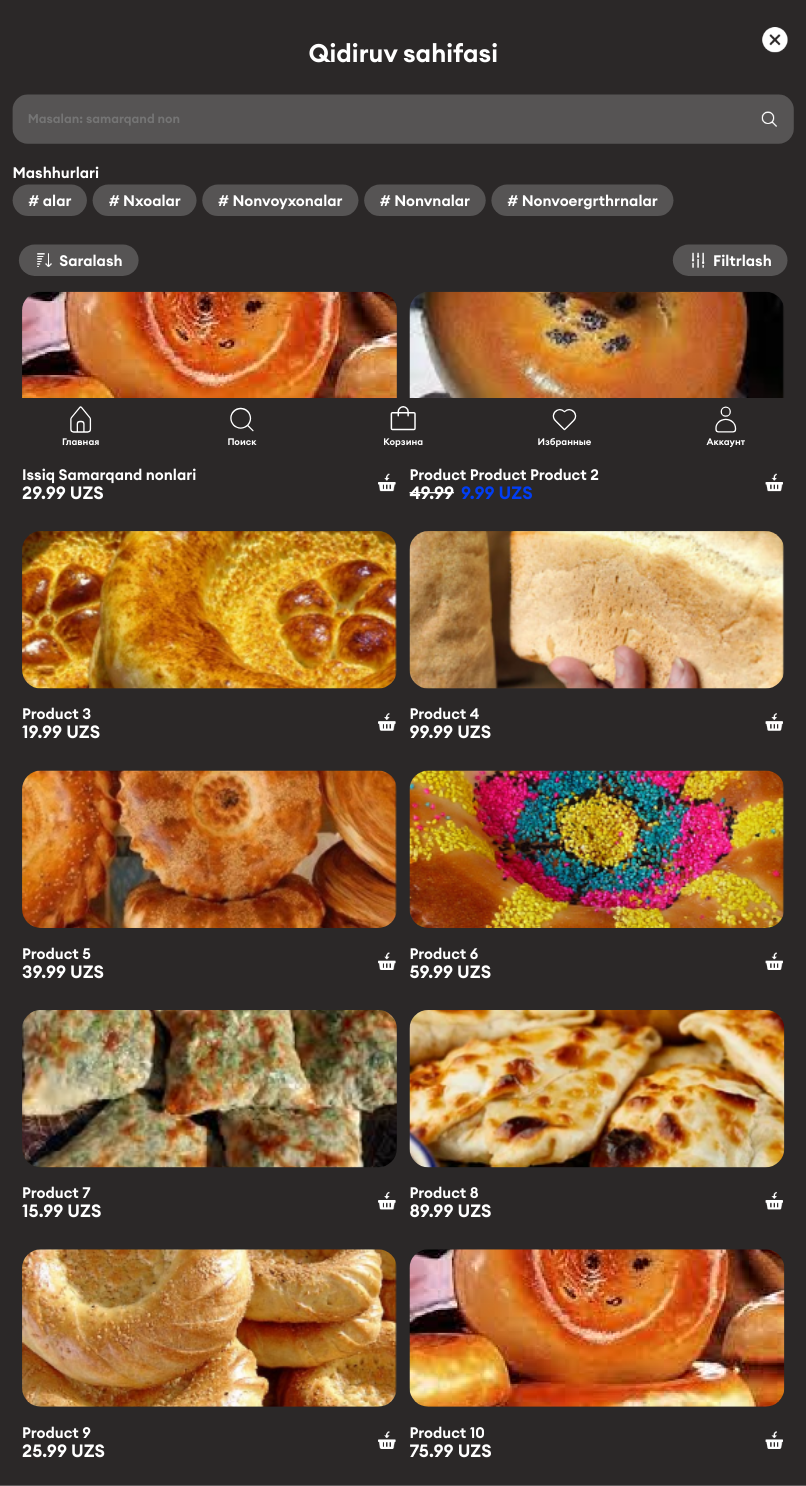
Repository: muslmoney/click-miniapp
Page: /search
The author's editor kept a copy of each file at every save. The page is drawn from the files as they stood at one save, then again after the next save.
The browser window is 1280 px wide. The pictures show the whole page, at 63% of full size.
The project was rebuilt for these pictures with package versions that can differ from the ones it lists, and the page was loaded fresh each time. Also part of the build but not shown: vite.config.js.

Above is the page before, as saved 2025-02-02 00:29:37.

### index.html
<!doctype html>
<html lang="en">
<head>
  <meta charset="UTF-8" />
  <meta http-equiv="X-UA-Compatible" content="IE=edge" />
  <meta name="description" content="Non Bor" />
  <meta name="keywords" content="Non Bor" />
  <meta name="author" content="Non Bor" />
  <!-- <meta http-equiv="refresh" content="30"> -->
  <meta property="og:title" content="Non Bor">
  <meta property="og:description" content="Non Bor">
  <meta property="og:image" content="/logo_bread.png">
  <meta property="og:url" content="https://non-bor.netlify.app/">
  <meta name="viewport" content="width=device-width, initial-scale=1.0" />
  <link rel="icon" type="image/png" href="/logo_bread.png" />
  <title>Non Bor</title>
</head>

<body>
  <div id="root"></div>
  <script type="module" src="/src/main.jsx"></script>
</body>

</html>

### src/main.jsx
import React, { Suspense, lazy, StrictMode } from 'react';
import { createRoot } from 'react-dom/client';
import { createBrowserRouter, RouterProvider, Navigate } from 'react-router-dom';
import './index.css';
import App from './App.jsx'
import { CartProvider } from './context/Context.jsx';
const Home = lazy(() => import("./pages/Home/Home.jsx"));
const Cart = lazy(() => import("./pages/Cart/Cart.jsx"));
const Favorites = lazy(() => import('./pages/Favorites/Favorites.jsx'));
const Search = lazy(() => import('./pages/Search/Search.jsx'));
const User = lazy(() => import('./pages/User/User.jsx'));

const router = createBrowserRouter([
  {
    path: "/",
    element: <App />,
    children: [
      { index: true, element: <Navigate to="home" replace /> },
      {
        path: 'home',
        element: <Home />
      },
      {
        path: 'cart',
        element: <Cart />
      },
      {
        path: 'favorites',
        element: <Favorites />
      },
      {
        path: 'search',
        element: <Search />
      },
      {
        path: 'user',
        element: <User />
      },
      { path: '*', element: <div>404 - Page Not Found</div> },
    ],
  },
]);

class ErrorBoundary extends React.Component {
  state = { hasError: false };

  static getDerivedStateFromError() {
    return { hasError: true };
  }

  componentDidCatch(error, info) {
    console.error("Error caught:", error, info);
  }

  render() {
    if (this.state.hasError) {
      return <div>Something went wrong!</div>;
    }
    return this.props.children;
  }
}


createRoot(document.getElementById('root')).render(
  <StrictMode>
    <CartProvider>
      <Suspense fallback={<div>Loading...</div>}>
        <RouterProvider router={router} />
      </Suspense>
    </CartProvider>
  </StrictMode>
);

### src/index.css
:root {
  --color-default-white: #fff;
  --color-default-bg: #2B2828;
  --color-default-blue: #023EF3;
  --color-button-bg-blue:#3866E8;
  --color-text-gray:#ADA4A4;
  --color-button-bg-gray:#565454;
}

* {
  font-family: 'Euclid Circular A', sans-serif;
  scroll-behavior: smooth;
  padding: 0;
  margin: 0;
  box-sizing: border-box;
}

.container {
  width: 100%;
  margin: 0 auto;
  max-width: 700px;
}


picture,
img,
svg {

  display: block;
  width: 100%;
  height: auto;
}

a,
span,
button,
label,
input,
textarea {
  display: inline-block;
  font-family: inherit;
  color: inherit;
  font-weight: inherit;
}

a,
button,
label,
textarea,
li {
  list-style: none;
  text-decoration: none;
  cursor: pointer;
}

q::after,
q::before {
  content: '';
}

#root {
  display: flex;
  flex-direction: column;
  justify-content: space-between;
}

#root>* {
  flex-shrink: 0;
}

#root>main {
  flex-grow: 1;
}

h1,
h2,
h3,
h4,
h5,
h6,
p,
button,
a {
  font-weight: inherit;
  color: var(--color-default-white);
}

### src/App.jsx
import React, { useEffect } from "react";
import "./App.css";
import Header from "./layout/Header/Header.jsx";
import Footer from "./layout/Footer/Footer.jsx";
import "/public/fonts/fonts.css";
import { BrowserRouter as Router, Routes, Outlet, useLocation, useNavigate } from "react-router-dom";

const App = () => {
  const navigate = useNavigate();
  const { pathname } = useLocation();

  useEffect(() => {
    if (pathname === "/") {
      navigate("/home");
    }
  }, [pathname, navigate]);

  return (
    <>
      <header>
        <Header />
      </header>

      <main>
        <Outlet />
      </main>

      <footer>
        <Footer />
      </footer>
    </>
  );
};

export default App;

### src/context/Context.jsx
import React, { createContext, useState, useContext } from 'react';

const CartContext = createContext();
const FavoriteContext = createContext();

export const useCart = () => useContext(CartContext);
export const useFavorites = () => useContext(FavoriteContext);

export const CartProvider = ({ children }) => {
  const [cart, setCart] = useState([]);
  const [favorites, setFavorites] = useState([]);

  const addToCart = (product) => {
    setCart((prevCart) => [...prevCart, product]);
  };

  const removeFromCart = (productId) => {
    setCart((prevCart) => prevCart.filter((product) => product.id !== productId));
  };

  const changeQuantity = (productId, quantity) => {
    setCart((prevCart) => {
      return prevCart.map((product) =>
        product.id === productId ? { ...product, quantity } : product
      );
    });
  };

  const addToFavorites = (product) => {
    setFavorites((prevFavorites) => [...prevFavorites, product]);
  };

  const removeFromFavorites = (productId) => {
    setFavorites((prevFavorites) => prevFavorites.filter((product) => product.id !== productId));
  };

  return (
    <CartContext.Provider value={{ cart, addToCart, removeFromCart, changeQuantity }}>
      <FavoriteContext.Provider value={{ favorites, addToFavorites, removeFromFavorites }}>
        {children}
      </FavoriteContext.Provider>
    </CartContext.Provider>
  );
};

### src/pages/Search/Search.jsx
import React from 'react'
import styles from './search.module.css'
import { SearchCard } from '../../components/ProductCard/ProductCard.jsx'
import db from '../../db/db.json'
import Button from '../../components/Buttons/Buttons.jsx'

const Search = () => {
  const products = db.products
  return (
    <div className={styles.container}>
   <section>
   <h2 className={styles.title}>
        Qidiruv sahifasi
      </h2>
      <div className={styles.search}>
        <input type="text" placeholder="Masalan: samarqand non" />
        <button><img src="/search.png" alt="search" /></button>
      </div>
   </section>
   <section className={styles.popular}>
<h2>
Mashhurlari
</h2>
<div className={styles.buttons}>
<Button title={'# alar'} />
<Button title={'# Nxoalar'}/>
<Button title={'# Nonvoyxonalar'}/>
<Button title={'# Nonvnalar'}/>
<Button title={'# Nonvoergrthrnalar'}/>

</div>
  </section>
      <section className={styles.products}>
        <div className={styles.filters}>
          <Button title={'Saralash'} icon={'/sorting.png'} />
          <Button title={'Filtrlash'} icon={'/filter.png'} />

        </div>
        <div className={styles.grid}>
          {products.map((product) => {
            return (
              <SearchCard key={product.id} title={product.title} img={product.img} salePrice={product.salePrice} price={product.price} />
            )
          })}
        </div>
      </section>





    </div>
  )
}

export default Search

### src/layout/Header/Header.jsx
import React from 'react'
import { RxCross2 } from "react-icons/rx";
import style from './header.module.css'
const Header = () => {
    return (
        <header className={style.header}>
            <div className='container'>
                <div className={style.header}>
                    <img className={style.cross} src="/cancel.png" alt="" />
                </div>
            </div>
        </header>
    )
}

export default Header

### src/layout/Footer/Footer.jsx
import React from 'react'
import styles from './footer.module.css'
import { CiSearch } from "react-icons/ci";
import { CiUser } from "react-icons/ci";
import { CiHeart } from "react-icons/ci";
import { PiBagLight } from "react-icons/pi";
import { CiHome } from "react-icons/ci";
import { Link } from 'react-router-dom';

const Footer = () => {
    return (
        <footer className='container'>
            <div className={styles.footer}>
                    <Link className={styles.a} to={'./home'}>
                        <CiHome className={styles.icon} />
                        <h2>Главная</h2>
                    </Link>
                    <Link className={styles.a} to={'./search'}>
                        <CiSearch className={styles.icon} />
                        <h2>
                            Поиск
                        </h2>

                    </Link>
                    <Link className={styles.a} to={'./cart'}>
                        <PiBagLight className={styles.icon} />
                        <h2>
                            Корзина
                        </h2>

                    </Link>
                    <Link className={styles.a} to={'./favorites'}>
                        <CiHeart className={styles.icon} />
                        <h2>
                            Избранные
                        </h2>

                    </Link>
                    <Link className={styles.a} to={'./user'}>
                        <CiUser className={styles.icon} />
                        <h2>
                            Аккаунт
                        </h2>

                    </Link>
            </div>
        </footer>
    )
}

export default Footer

### public/fonts/fonts.css


@font-face {
    font-family: 'Euclid Circular A';
    src: url(/fonts/Euclid\ Circular\ A\ SemiBold.ttf);
    font-weight: 600;
    font-style: normal;
}

### src/components/Buttons/Buttons.jsx
import React from "react";
import styles from "./buttons.module.css";

const Button = ({ link, icon, title, className,color, ...props }) => {
  return (
    <a className={`${styles.button} ${className}`} href={link} {...props}>
     {icon ? ( <img src={icon} alt={title} />) : ''   }
      <span>{title}</span>
    </a>
  );
};

export default Button;

### src/components/ProductCard/ProductCard.jsx
import React from 'react'
import styles from './productCard.module.css'
import { useEffect, useState } from 'react';


const ProductCard = ({ title, seller, salePrice, price, logo, img, id, addToCart, ...props }) => {
  const handleAddToCart = () => {
    addToCart({ id, title, price, salePrice, img, logo, seller });
  };

  return (
    <div className={styles.productCard}>
      <div className={styles.header}>
        <div className={styles.seller}>
          <img className={styles.logo} src={logo} alt={title} />
          <h5>
            {seller}
          </h5>
        </div>
        <div>
          <img src="/share.png" alt="share" />
        </div>
      </div>
      <div className={styles.img}>
        <img src={img} alt={title} />
      </div>
      <div className={styles.info}>
        <p>
          {title}
        </p>
      <div className={styles.prices}>
        {salePrice ? (
          <>
            <h3 className={styles.originalPrice}>{price} </h3>
            <h3 className={styles.salePrice}>{salePrice} UZS</h3>
          </>
        ) : (
          <h3 className={styles.regularPrice}>{price} UZS</h3>
        )}
      </div>
        <div className={styles.buttons}>
          <button className={styles.like}>
            <img src="/favorite.png" alt="favorite" />
            <div>
              Sevimlilar
            </div>
          </button>
          <button className={styles.bag} onClick={handleAddToCart}>
            <span>
              Savatga
            </span>
            <img src="/addToBag.png" alt="addToBag" />
          </button>
        </div>
      </div>
    </div>
  );
};


export const SearchCard = ({ price, salePrice, title, img, ...props }) => {
  return (
    <div className={styles.searchProduct}>
      <div className={styles.img}>
        <img src={img} alt={title} />
      </div>
      <div className={styles.info}>
        {salePrice ? (
          <div className={styles.prices}>
            <div>
              <h3>{title}</h3>
            </div>
            <div className={styles.price}>
              <h2 className={styles.originalPrice}>{price} </h2>
              <h2 className={styles.salePrice}>{salePrice} UZS</h2>
            </div>
          </div>
        ) : (
          <div>
            <h3>{title}</h3>
            <h2 className={styles.regularPrice}>{price} UZS</h2>
          </div>
        )

        }
        <div>
          <img src="/addToBag.png" alt="addToBag" />

        </div>
      </div>
    </div>
  )
}


export const InCart = ({ img, price, salePrice, title, ...props }) => {
  return (
    <div className={styles.inCart}>
      <div className={styles.inCart}>
        <img className={styles.img} src={img} alt={title} />
      </div>
      <div>
        <h3>
          {title}
        </h3>
        <h2>
          {price}
        </h2>
      </div>
      <div>
        <img src="/favorite" alt="favorite" />
        <img src="/addToBag" alt="add to bag" />
      </div>
    </div>
  )


}

export default ProductCard

### src/pages/Search/search.module.css
.container {
    padding: 0 clamp(5px, 2vw, 20px);
    background-color: var(--color-default-bg);

}
.search{
    padding: 24px;
    border-radius: 24px;
    background-color: var(--color-button-bg-gray);
    display: flex;
    align-items: center;
    justify-content: space-between;
    input{
        font-size: 20px;
        font-weight: 500;
        line-height: 24.2px;
        text-align: left;
        text-underline-position: from-font;
        text-decoration-skip-ink: none;
        border: none;
        outline: 0px;
        background: transparent;
    }
    button{
        background: transparent;
        border: none;
    }

}
.title {
    font-size: 40px;
    font-weight: 500;
    line-height: 48.41px;
    text-align: center;
    padding: 60px 0 42px 0;
    text-underline-position: from-font;
    text-decoration-skip-ink: none;

}
.popular{
    padding: 30px 0;
}
.buttons{
    display: flex;
    flex-wrap: wrap;
    gap:11px 9px;
    padding: 5px 0;
}

.filters {
    display: flex;
    justify-content: space-between;
    gap: 10px;
    padding: 10px;
}

.grid {
    display: grid;
    grid-template-columns: 1fr 1fr;
    gap: 10px 10px;
    padding: 10px;
}

img {
    width: 100%;
    object-fit: cover;
}

### src/layout/Header/header.module.css
.header{
    max-width: 700px;
    position: relative;
}

.cross{
    width: 50px;
    position: fixed;
    right: 25px;
    top: 38px;
    width: 50px;
    z-index: 10000;
    @media (max-width: 550px) {
        width: 35px;
        top: 18px;
    }
}

### src/layout/Footer/footer.module.css

.footer {
    display: flex;
    align-items: center;
    justify-content: space-around;
    position: fixed;
    bottom: 0;
    left: 0;
    width: 100%;
    padding: 10px 0 10px 0;
    background-color: var(--color-default-bg);
.a{
    width: 100%;

   h2{

       font-size: clamp(15px, 1vw, 24px);
   }
}
    a {
        display: flex;
        align-items: center;
        flex-direction: column;
    }
}


.icon {
    width: 50px;
}
@media (max-width: 550px) {
    .icon {
        width: 35px;
    }
}

### src/components/Buttons/buttons.module.css
.button {
background-color: var(--color-button-bg-gray);
    text-align: center;
    text-decoration: none;
    display: flex;
    align-items: center;
    gap: 9px;
    color: var(--color-default-white);
    font-size: clamp(17px, 3.33vw, 24px);
    cursor: pointer;
    transition-duration: 0.4s;
    border-radius: 30px;
    padding: clamp(7px, 3vw, 10px) clamp(15px, 3vw, 25px);

    img {
        width: clamp(20px, 4.2vw, 30px);
    }
}

Loaded but not shown: src/db/db.json (104 lines, source omitted); src/components/ProductCard/productCard.module.css (217 lines, source omitted); src/App.css (no stored copy; drawn as an empty file); src/pages/User/user.module.css (no stored copy; drawn as an empty file)

After the next save:
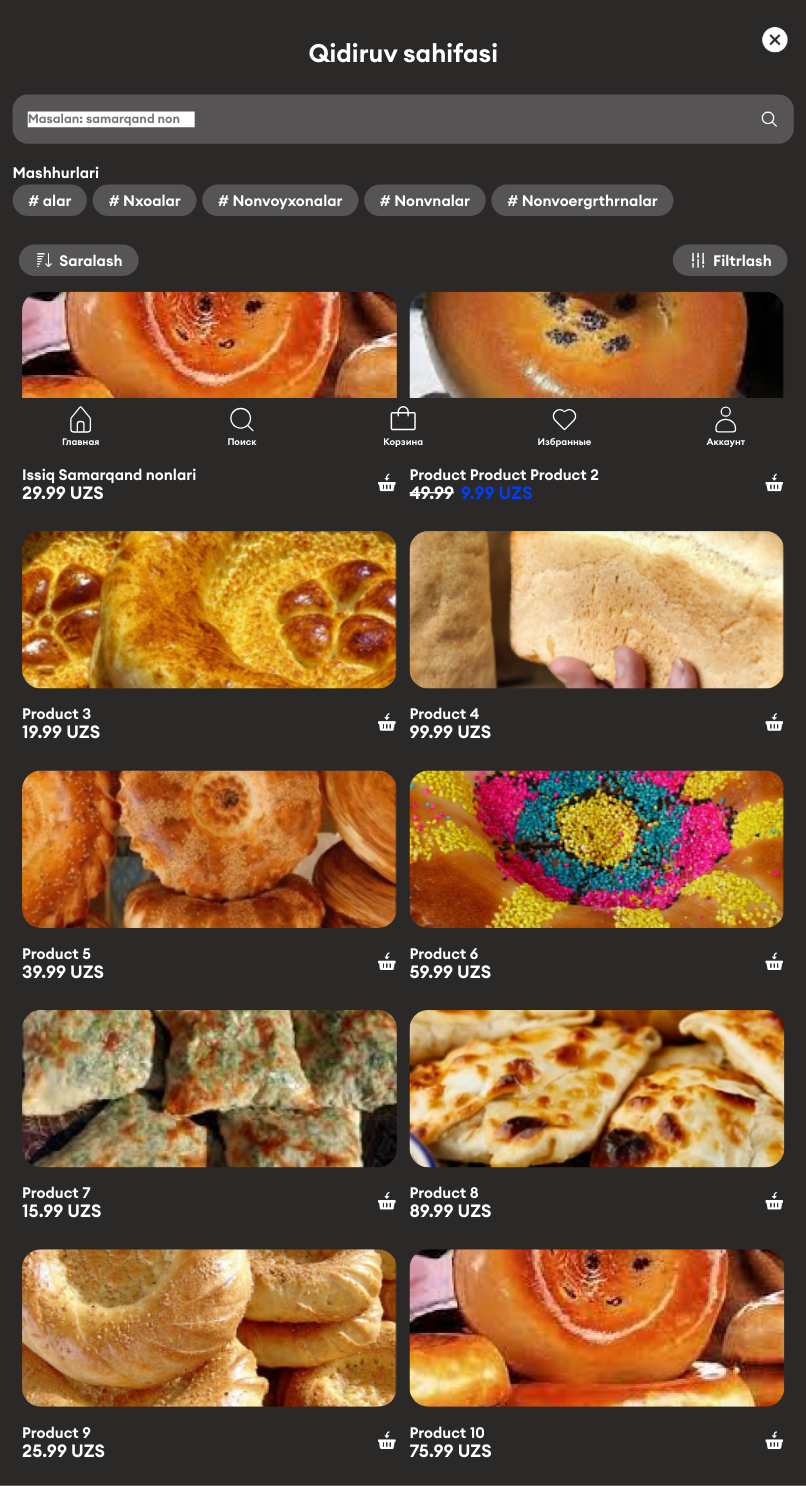
Saved 11 s later.
--- a/src/pages/Search/search.module.css
+++ b/src/pages/Search/search.module.css
@@ -19,6 +19,7 @@
         text-decoration-skip-ink: none;
         border: none;
         outline: 0px;
+        color
         background: transparent;
     }
     button{

After the 3 saves that followed:
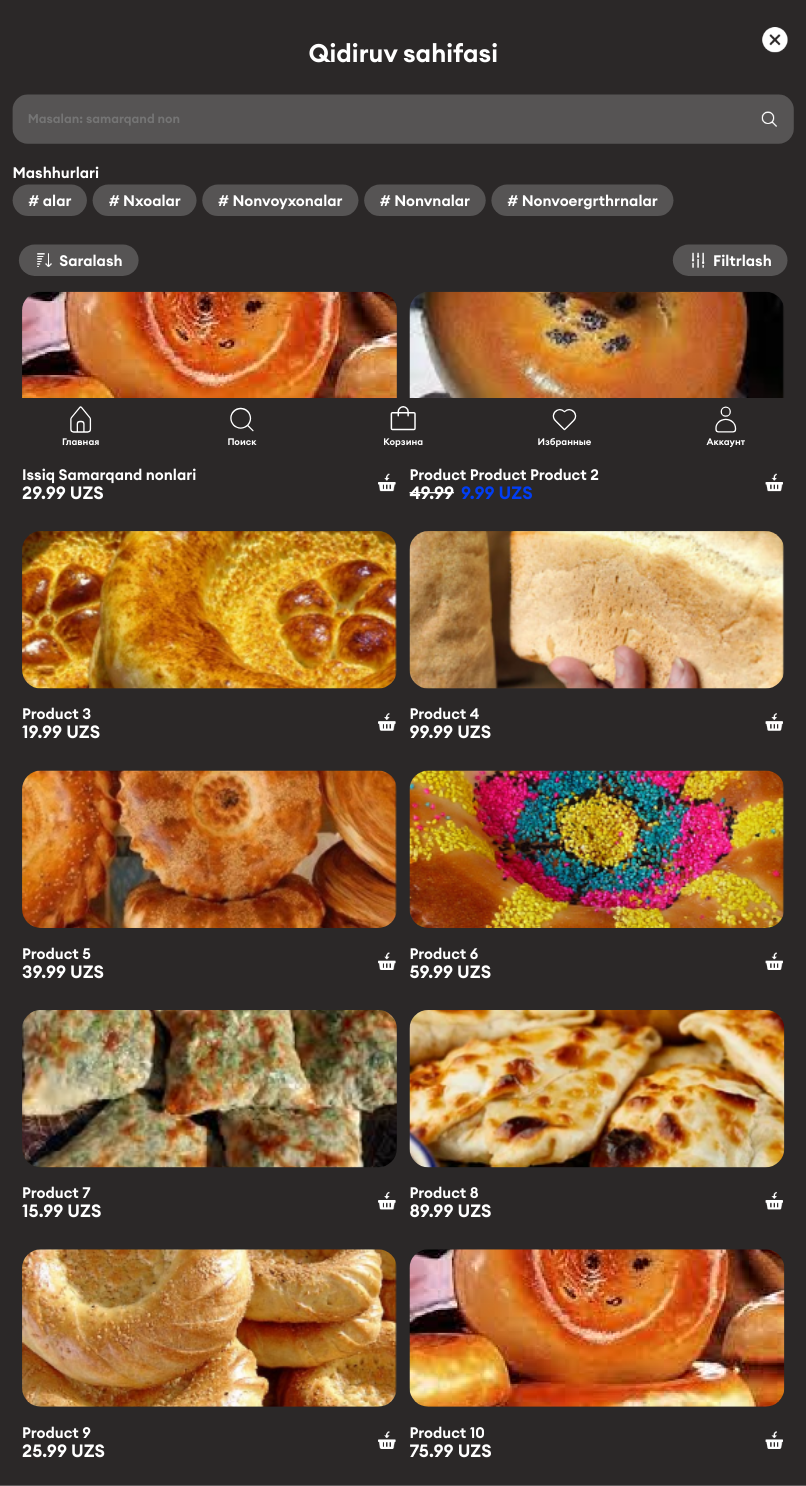
The 3 saves are shown as one change because they came seconds apart.
The last was saved 7 s later.
--- a/src/pages/Search/search.module.css
+++ b/src/pages/Search/search.module.css
@@ -19,7 +19,7 @@
         text-decoration-skip-ink: none;
         border: none;
         outline: 0px;
-        color
+        color: var();
         background: transparent;
     }
     button{
